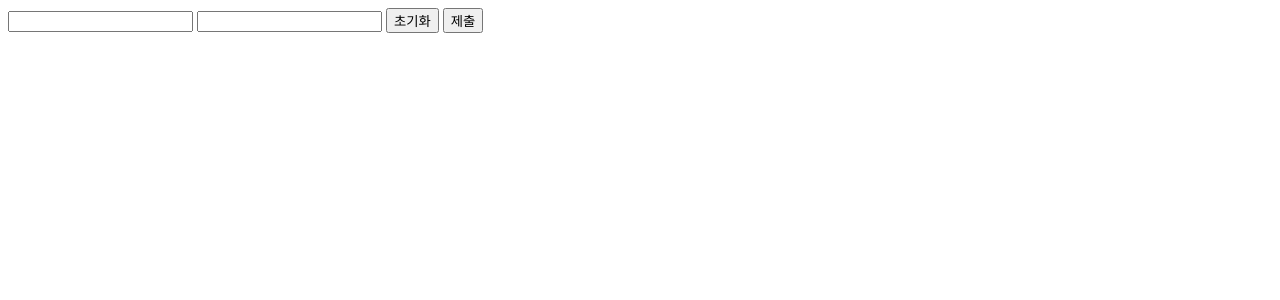
Repository: jjjjjjji-hun/jsp_practice
Page: http://localhost/JSPBasic/jspObject/1.requests/req_param_send.jsp
These files come from the project's save history. The page is drawn as it stood at one moment and after the next save; the edit follows.
The browser window is 1280 px wide. The pictures show the whole page.
The page is served by Tomcat 9.

Above is the page before, as saved 2022-02-03 05:21:20.

### JSPBasic/src/main/webapp/jspObject/1.requests/req_param_send.jsp
<%@ page language="java" contentType="text/html; charset=UTF-8"
    pageEncoding="UTF-8"%>
<!DOCTYPE html>
<html>
<head>
<meta charset="UTF-8">
<title>Insert title here</title>
</head>
<body>
<%--아래에 form을 만들고 내부에 input 4개를 만들어주세요.
input태그의 type속성은 하나는 text, 하나는 password
name 속성은 하나는 apple, 하나는 banana로 해 주세요.
reset 버튼과 submit 버튼고 각각 하나씩 만들어주세요. --%>
<form>
<input type="text" name="apple">
<input type="password" name="banana">
<input type="reset" value="초기화">
<input type="submit" value="제출">
</form>
</body>
</html>

After the next save:
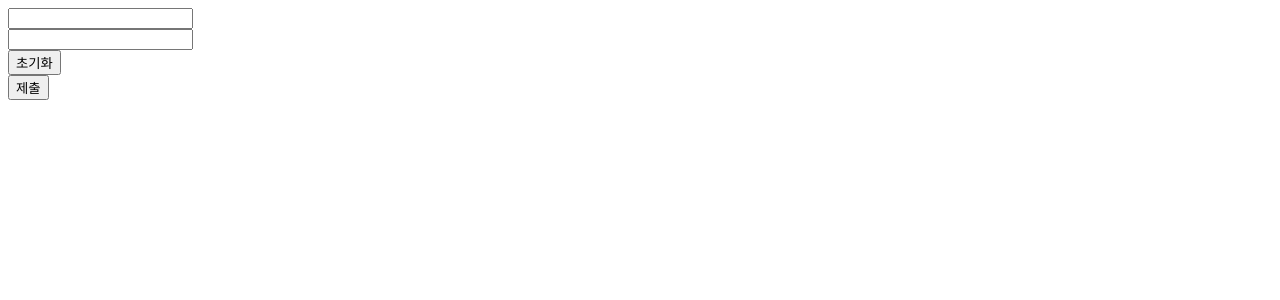
Saved 20 s later.
--- a/JSPBasic/src/main/webapp/jspObject/1.requests/req_param_send.jsp
+++ b/JSPBasic/src/main/webapp/jspObject/1.requests/req_param_send.jsp
@@ -12,9 +12,9 @@ input태그의 type속성은 하나는 text, 하나는 password
 name 속성은 하나는 apple, 하나는 banana로 해 주세요.
 reset 버튼과 submit 버튼고 각각 하나씩 만들어주세요. --%>
 <form>
-<input type="text" name="apple">
-<input type="password" name="banana">
-<input type="reset" value="초기화">
+<input type="text" name="apple"><br/>
+<input type="password" name="banana"><br/>
+<input type="reset" value="초기화"><br/>
 <input type="submit" value="제출">
 </form>
 </body>
